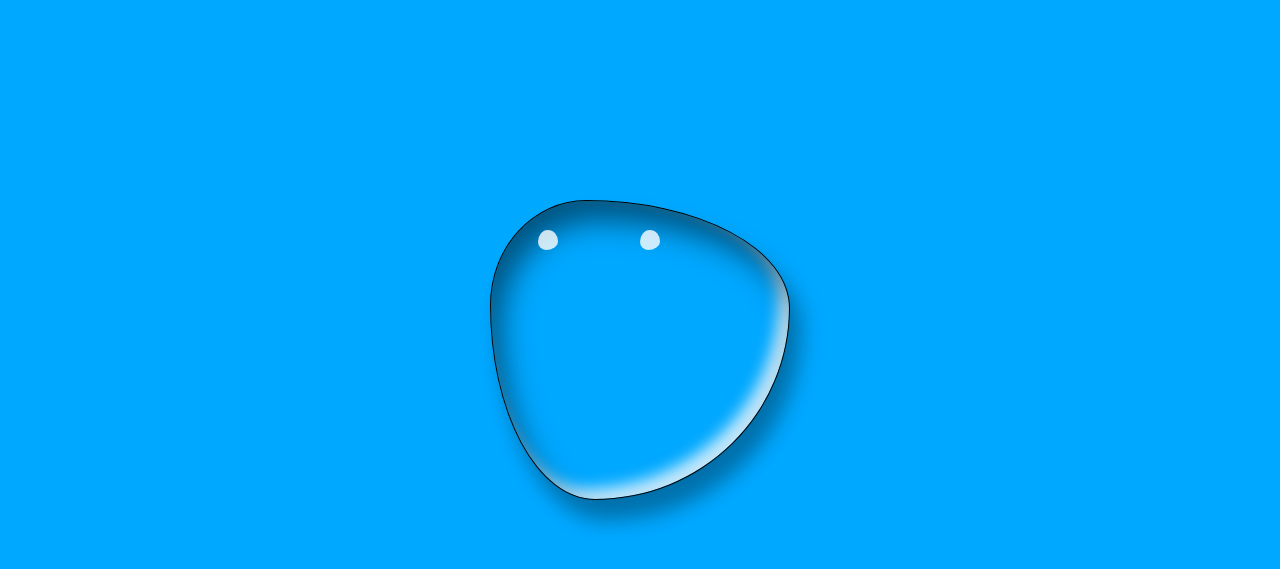
Repository: BlackCat328/CSS_Animation
Page: 52.水滴特效/demo.html
The author's editor kept a copy of each file at every save. The page is drawn from the files as they stood at one save, then again after the next save.
The browser window is 1280 px wide. The pictures show the whole page.

Above is the page before, as saved 2022-10-31 23:57:42.

### 52.水滴特效/demo.html
<!DOCTYPE html>
<html lang="en">

<head>
    <meta charset="UTF-8">
    <meta http-equiv="X-UA-Compatible" content="IE=edge">
    <meta name="viewport" content="width=device-width, initial-scale=1.0">
    <title>Document</title>
    <link rel="stylesheet" href="./demo.css">
</head>

<body>
    <div id="water"></div>
</body>

</html>

### 52.水滴特效/demo.css
* {
    margin: 0;
    padding: 0;
    box-sizing: border-box;
}

body {
    width: 100vw;
    height: 100vh;
    display: flex;
    justify-content: center;
    background-color: #00a8ff;
}

#water {
    margin-top: 200px;
    width: 300px;
    height: 300px;
    border: 1px solid;
    border-radius: 32% 68% 65% 35% / 35% 36% 64% 65%;
    box-shadow: inset 10px 20px 30px rgba(0, 0, 0, 0.5),
        10px 20px 20px rgba(0, 0, 0, 0.3),
        15px 15px 30px rgba(0, 0, 0, 0.05),
        inset -10px -10px 15px rgba(255, 255, 255, 0.8);
}

#water::after {
    content: '';
    width: 20px;
    height: 20px;
    position: absolute;
    top: 230px;
    left: 42%;
    background-color: rgba(255, 255, 255, 0.8);
    border-radius: 49% 51% 61% 39% / 59% 56% 44% 41%;
}

#water::before {
    content: '';
    width: 20px;
    height: 20px;
    position: absolute;
    top: 230px;
    left: 50%;
    background-color: rgba(255, 255, 255, 0.8);
    border-radius: 49% 51% 61% 39% / 59% 56% 44% 41%;
}

After the next save:
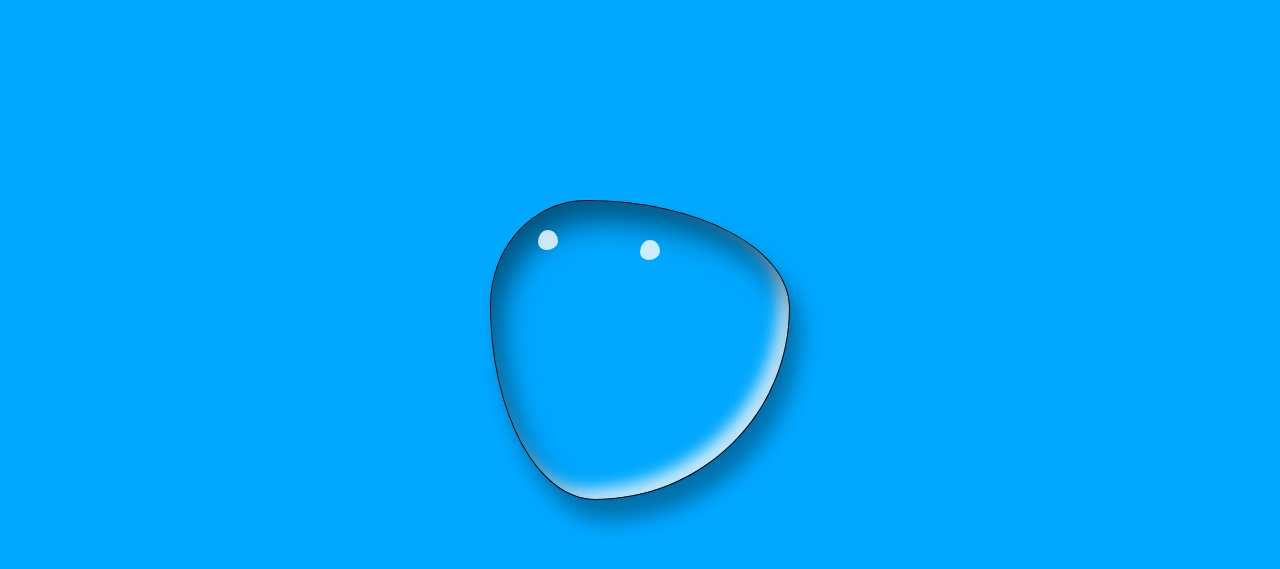
Saved 7 s later.
--- a/52.水滴特效/demo.css
+++ b/52.水滴特效/demo.css
@@ -40,7 +40,7 @@
     width: 20px;
     height: 20px;
     position: absolute;
-    top: 230px;
+    top: 240px;
     left: 50%;
     background-color: rgba(255, 255, 255, 0.8);
     border-radius: 49% 51% 61% 39% / 59% 56% 44% 41%;
